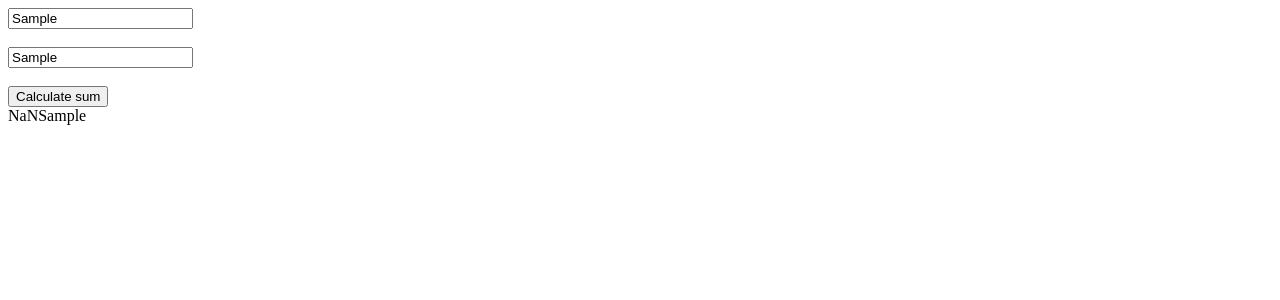
Repository: VISHALGUPTA100803/Harkirat_MERN
Page: Week 4/DOM_introduction/index.html
These files come from the project's save history. The page is drawn as it stood at one moment and after a run of saves; the edit follows.
The browser window is 1280 px wide. The pictures show the whole page.
Empty fields were first filled with sample values (such as "Sample", 5 or name@example.com).
After loading, the first visible `button` was clicked once.

Above is the page before, as saved 2024-03-22 17:03:27.

### Week 4/DOM_introduction/index.html
<html>
  <script>
    function populateDiv() {
      ///document
      const a = document.getElementById("firstNumber").value;
      const b = document.getElementById("secondNumber").value;
      const element = document.getElementById("final sum")
      element.innerHTML = parseInt(a) + b;
    }
  </script>
  <body>
    <div>
      <input id="firstNumber" type="text" placeholder="First number" /> </input> <br />
      <br />
      <input id="secondNumber" type="text" placeholder="second number" /> </input> <br />
      <br />
      <button onclick="populateDiv()">Calculate sum</button>
    </div>
    <div id="final sum"></div>
  </body>
</html>

After the next 2 saves:
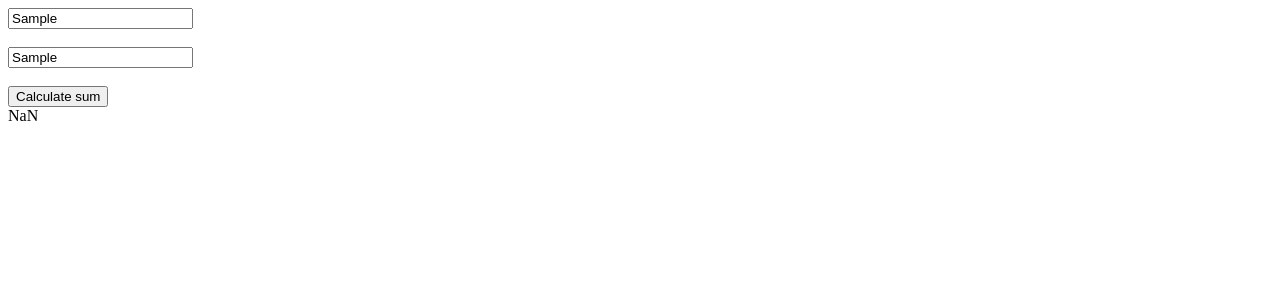
The 2 saves are shown as one change because they came seconds apart.
The last was saved 10 s later.
--- a/Week 4/DOM_introduction/index.html
+++ b/Week 4/DOM_introduction/index.html
@@ -5,7 +5,7 @@
       const a = document.getElementById("firstNumber").value;
       const b = document.getElementById("secondNumber").value;
       const element = document.getElementById("final sum")
-      element.innerHTML = parseInt(a) + b;
+      element.innerHTML = parseInt(a) + parseInt(b);
     }
   </script>
   <body>
